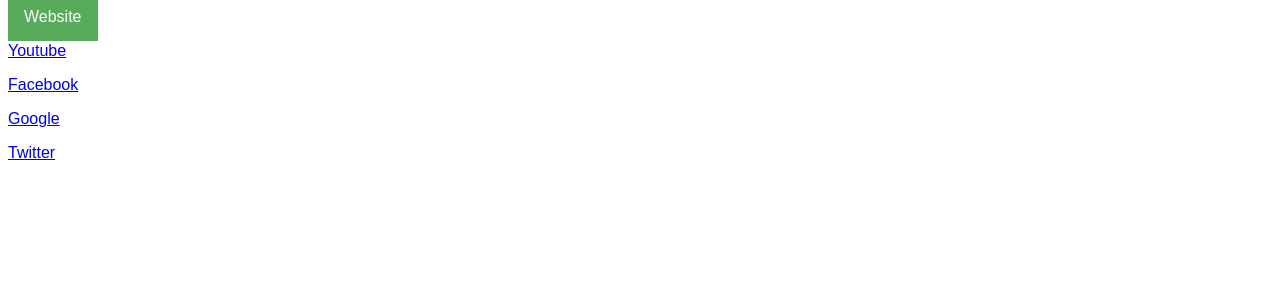
Repository: nvngon2604/Git
Page: web/index.html
An editor plug-in stored every save of this project. The page is shown before and after the next save, followed by the edit.
The browser window is 1280 px wide. The pictures show the whole page.

Above is the page before, as saved 2020-05-10 16:57:13.

### web/index.html
<!DOCTYPE html>
<html lang="en">
<head>
    <meta charset="UTF-8">
    <meta name="viewport" content="width=device-width, initial-scale=1.0">
    <title>Document</title>
    <link rel="stylesheet" href="web.css">
</head>
<body>
    <div class="container">
        <div class="dropdown">
            <span>Website</span>
        </div>
        <div class="dropdown-content">
            <p><a href="#">Youtube</a></p>
            <p><a href="#">Facebook</a></p>
            <p><a href="#">Google</a></p>
            <p><a href="#">Twitter</a></p>
        </div>
    </div>
</body>
</html>

### web/web.css
* {
    font-family: sans-serif;
}
span {
    background-color: #58ab5b;
    color: rgb(251, 251, 251);
    padding: 16px;
    font-size: 16px;
    border: none;
}

After the next save:
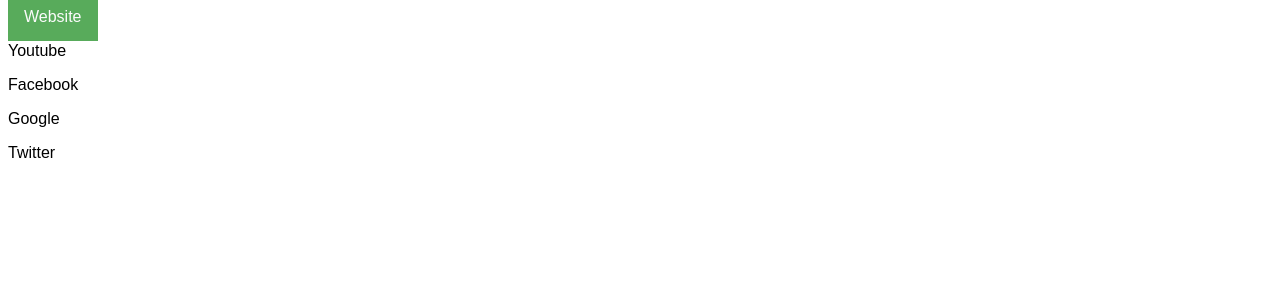
Saved 25 s later.
--- a/web/index.html
+++ b/web/index.html
@@ -12,10 +12,10 @@
             <span>Website</span>
         </div>
         <div class="dropdown-content">
-            <p><a href="#">Youtube</a></p>
-            <p><a href="#">Facebook</a></p>
-            <p><a href="#">Google</a></p>
-            <p><a href="#">Twitter</a></p>
+            <p>Youtube</p>
+            <p>Facebook</p>
+            <p>Google</p>
+            <p>Twitter</p>
         </div>
     </div>
 </body>
